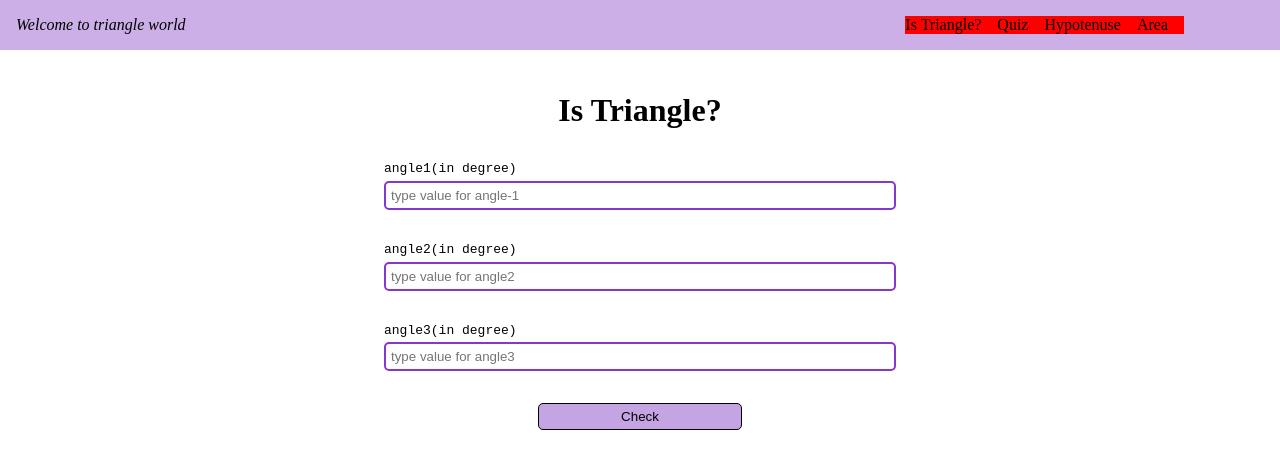
Repository: patelamancode/Fun-with-trianles
Page: index.html
An editor plug-in stored every save of this project. The page is shown before and after the next save, followed by the edit.
The browser window is 1280 px wide. The pictures show the whole page.

Above is the page before, as saved 2022-11-28 15:58:27.

### index.html
<!DOCTYPE html>
<html lang="en">
<head>
    <meta charset="UTF-8">
    <meta http-equiv="X-UA-Compatible" content="IE=edge">
    <meta name="viewport" content="width=device-width, initial-scale=1.0">
    <link rel="stylesheet" href="index.css">
    <title>Fun-With-Triangles</title>
</head>
<body>
    <nav id="navbar">
        <p id="nav-title">Welcome to triangle world</p>
        <div id="nav-links">
            <p id="Is-triangle">Is Triangle?</p>
            <p id="quiz">Quiz</p>
            <p id="hypo">Hypotenuse</p>
            <p id="area">Area</p>
        </div>
    </nav>
    <div id="main-container">
        <h1>Is Triangle?</h1>
        <label for="angle1">angle1(in degree)</label>
        <input type="text" id="angle1-input" placeholder="type value for angle-1">
        <label for="angle2">angle2(in degree)</label>
        <input type="text" id="angle2-input" placeholder="type value for angle2">
        <label for="angle3">angle3(in degree)</label>
        <input type="text" id="angle3-input" placeholder="type value for angle3">
        <button id="check-btn">Check</button>
    </div>
</body>
</html>

### index.css
* {
  margin: 0;
  padding: 0;
}

#navbar {
  background-color: rgba(143, 82, 201, 0.459);
  display: flex;
  flex-direction: row;
  justify-content: space-between;
  padding: 1rem;
}
#nav-title {
  font-style: italic;
  font-weight: 300;
  font-size: medium;
}
#nav-links {
  background-color: red;
  display: flex;
  flex-direction: row;
  justify-content: space-around;
  margin-right: 5rem;
}

#nav-links p {
    display: flex;
    margin-right: 1rem;
}

#main-container {
  display: flex;
  flex-direction: column;
  width: 40vw;
  margin: auto;
  margin-top: 2rem;
  padding: 10px;
  text-align: center;
}

.app-title {
  margin: 2rem 0 0 0;
}
label {
  margin-top: 2rem;
  margin-bottom: 0.3rem;
  text-align: left;
  font-family: monospace;
}
input {
  border: 2px solid rgb(134, 55, 207);
  border-radius: 5px;
  padding: 5px;
}
#check-btn {
  margin: auto;
  text-align: center;
  margin-top: 2rem;
  width: 40%;
  padding: 5px 0px;
  background-color: rgba(143, 82, 201, 0.521);
  border: 1px solid;
  border-radius: 5px;
}

After the next save:
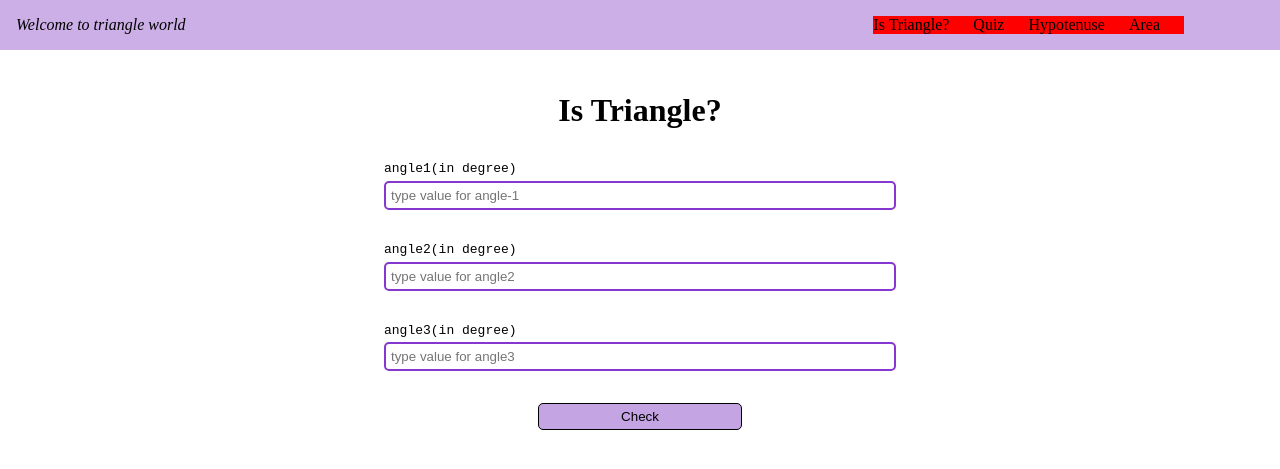
Saved 10 s later.
--- a/index.css
+++ b/index.css
@@ -25,7 +25,7 @@
 
 #nav-links p {
     display: flex;
-    margin-right: 1rem;
+    margin-right: 1.5rem;
 }
 
 #main-container {
